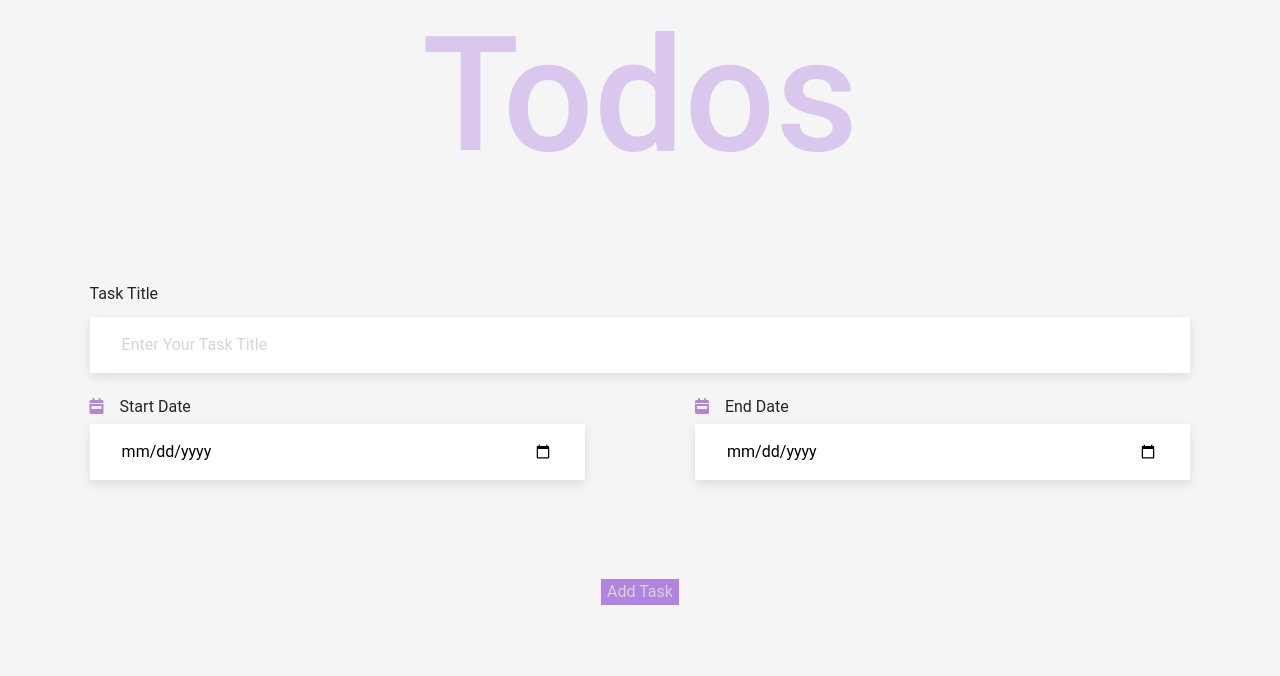
Repository: Surahailat/TypeScript
Page: Mini project 10-3/Project-TS.html
The author's editor kept a copy of each file at every save. The page is drawn from the files as they stood at one save, then again after a run of saves.
The browser window is 1280 px wide. The pictures show the whole page.

Above is the page before, as saved 2025-03-10 14:04:52.

### Mini project 10-3/Project-TS.html
<!DOCTYPE html>
<html lang="en">

<head>
    <meta charset="UTF-8">
    <meta name="viewport" content="width=device-width, initial-scale=1.0">
    <title>Document</title>
    <link href="https://cdnjs.cloudflare.com/ajax/libs/font-awesome/6.0.0-beta3/css/all.min.css" rel="stylesheet">
    <link href="https://cdn.jsdelivr.net/npm/bootstrap@5.3.3/dist/css/bootstrap.min.css" rel="stylesheet"
        integrity="sha384-QWTKZyjpPEjISv5WaRU9OFeRpok6YctnYmDr5pNlyT2bRjXh0JMhjY6hW+ALEwIH" crossorigin="anonymous">
    <style>
        * {
            box-sizing: border-box;
        }

        body {
            background-color: #f5f5f5;
            font-family: "roboto", sans-serif;
            margin: 0;
        }

        h1 {
            color: rgb(179, 131, 226);
            font-size: 10rem;
            text-align: center;
            opacity: 0.4;

        }

        .form {
            margin: 7%;
        }

        .input {
            width: 400px;
            max-width: 100%;
            box-shadow: 0px 4px 10px rgb(0, 0, 0, 0.1);
            margin: auto;
            margin-top: 1%;
            border: none;
            width: 100%;
            display: block;
            padding: 1rem 2rem;
            font-size: 1rem;
            margin-bottom: 2%;
        }

        .input::placeholder {
            color: #d5d5d5;

        }

        .date {
            display: flex;
            flex-direction: row;
            width: 100%;
            justify-content: space-between;
        }

        .form-group {
            width: 45%;
        }
        .AddTask{
            background-color: #b383e2;
            color: #d5d5d5;
            text-align: center;
border: none;
        }
        .butt{
        text-align: center;
        }
    </style>
</head>

<body>
    <h1>Todos</h1>
    <div class="form">
        <Label>Task Title</Label>
        <input type="text" class="input" placeholder="Enter Your Task Title " autocomplete="off" id="title">
        <div class="date">
            <div class="form-group">
                <Label><i class="fa-solid fa-calendar-week" style="color: #b383e2;"></i> &nbsp;&nbsp;&nbsp;Start
                    Date</Label>
                <input type="date" class="input" autocomplete="off" id="startDate">
            </div>
            <div class="form-group">
                <Label><i class="fa-solid fa-calendar-week" style="color: #b383e2;"></i>&nbsp;&nbsp;&nbsp; End
                    Date</Label>
                <input type="date" class="input" autocomplete="off" id="endDate">
            </div>
        </div>
    </div>
    <div class="butt">
        <button type="submit" class="AddTask" onclick="save(event)">Add Task</button>
    </div>
    <script src="https://cdn.jsdelivr.net/npm/bootstrap@5.3.3/dist/js/bootstrap.bundle.min.js"
        integrity="sha384-YvpcrYf0tY3lHB60NNkmXc5s9fDVZLESaAA55NDzOxhy9GkcIdslK1eN7N6jIeHz"
        crossorigin="anonymous"></script>
    <script src="Project-TS.js"></script>
</body>

</html>

Loaded but not shown: Mini project 10-3/Project-TS.js (no copy from this time; the picture is the same without it)

After the next 2 saves:
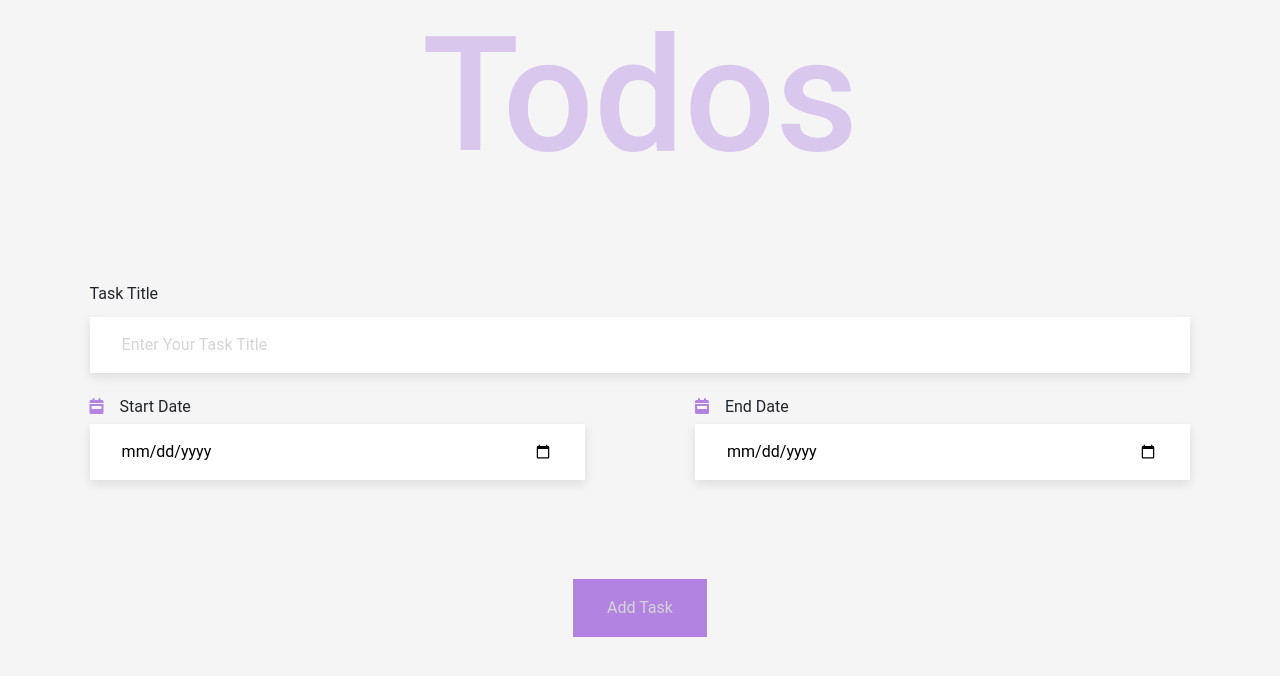
The 2 saves are shown as one change because they came seconds apart.
The last was saved 58 s later.
--- a/Mini project 10-3/Project-TS.html
+++ b/Mini project 10-3/Project-TS.html
@@ -60,14 +60,17 @@
         .form-group {
             width: 45%;
         }
-        .AddTask{
+
+        .AddTask {
             background-color: #b383e2;
             color: #d5d5d5;
             text-align: center;
-border: none;
+            border: none;
+            padding: 17px 34px;
         }
-        .butt{
-        text-align: center;
+
+        .butt {
+            text-align: center;
         }
     </style>
 </head>
